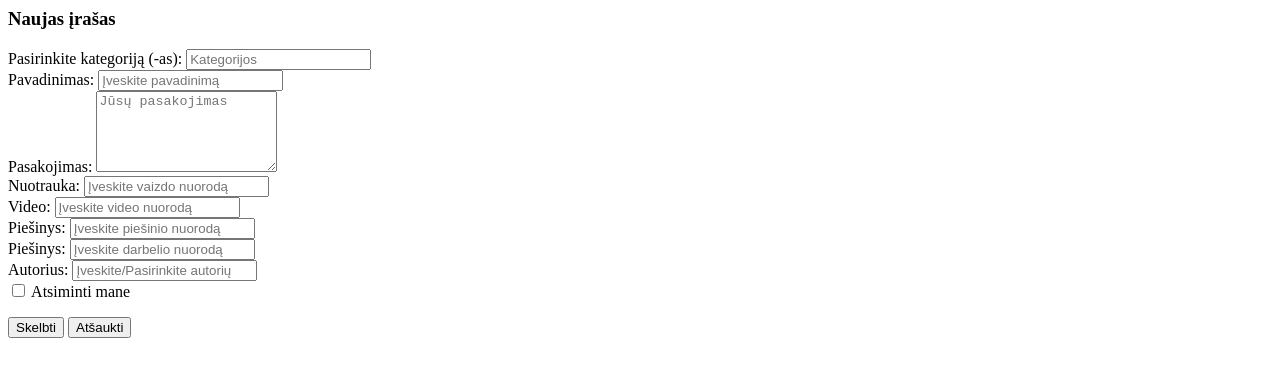
Repository: Skaidrius/Blogas
Page: templates/newpost.html
The author's editor kept a record of every edit. The page is drawn from the files as they stood at one moment, then again after the next edit.
The browser window is 1280 px wide. The pictures show the whole page.

Above is the page before.

### templates/newpost.html
<div class="modal-header">
    <h3 class="modal-title">Naujas įrašas</h3>
    <form class="modal-body" role="form">
        <div class="form-group">
            <label for="category">Pasirinkite kategoriją (-as):</label>
            <input type="text" class="form-control" id="category" placeholder="Kategorijos">
        </div>
        <div class="form-group">
            <label for="title">Pavadinimas:</label>
            <input type="text" class="form-control" id="title" placeholder="Įveskite pavadinimą">
        </div>
        <div class="form-group">
            <label for="tale">Pasakojimas:</label>
            <textarea class="form-control" rows="5" id="tale" placeholder="Jūsų pasakojimas"></textarea>
        </div>
        <div class="form-group">
            <label for="photolink">Nuotrauka:</label>
            <input type="text" class="form-control" id="photolink" placeholder="Įveskite vaizdo nuorodą">
        </div>
        <div class="form-group">
            <label for="videolink">Video:</label>
            <input type="text" class="form-control" id="videolink" placeholder="Įveskite video nuorodą">
        </div>
        <div class="form-group">
            <label for="artlink">Piešinys:</label>
            <input type="text" class="form-control" id="artlink" placeholder="Įveskite piešinio nuorodą">
        </div>
        <div class="form-group">
            <label for="creationlink">Piešinys:</label>
            <input type="text" class="form-control" id="creationlink" placeholder="Įveskite darbelio nuorodą">
        </div>
        <div class="form-group">
            <label for="author">Autorius:</label>
            <input type="text" class="form-control" id="author" placeholder="Įveskite/Pasirinkite autorių">
        </div>
        <div class="checkbox">
            <label><input type="checkbox"> Atsiminti mane</label>
        </div>
    </form>
    <div class="modal-footer">
        <button type="submit" class="btn btn-primary" ng-click="ok()">Skelbti</button>
        <button class="btn btn-warning" ng-click="cancel()">Atšaukti</button>
    </div>
</div>

After the next edit:
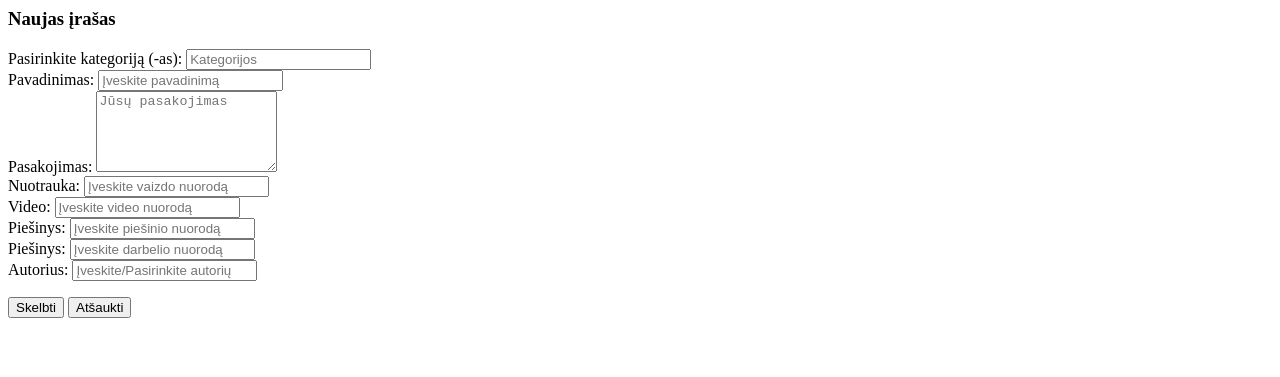
The edit:
--- a/templates/newpost.html
+++ b/templates/newpost.html
@@ -33,9 +33,6 @@
             <label for="author">Autorius:</label>
             <input type="text" class="form-control" id="author" placeholder="Įveskite/Pasirinkite autorių">
         </div>
-        <div class="checkbox">
-            <label><input type="checkbox"> Atsiminti mane</label>
-        </div>
     </form>
     <div class="modal-footer">
         <button type="submit" class="btn btn-primary" ng-click="ok()">Skelbti</button>
